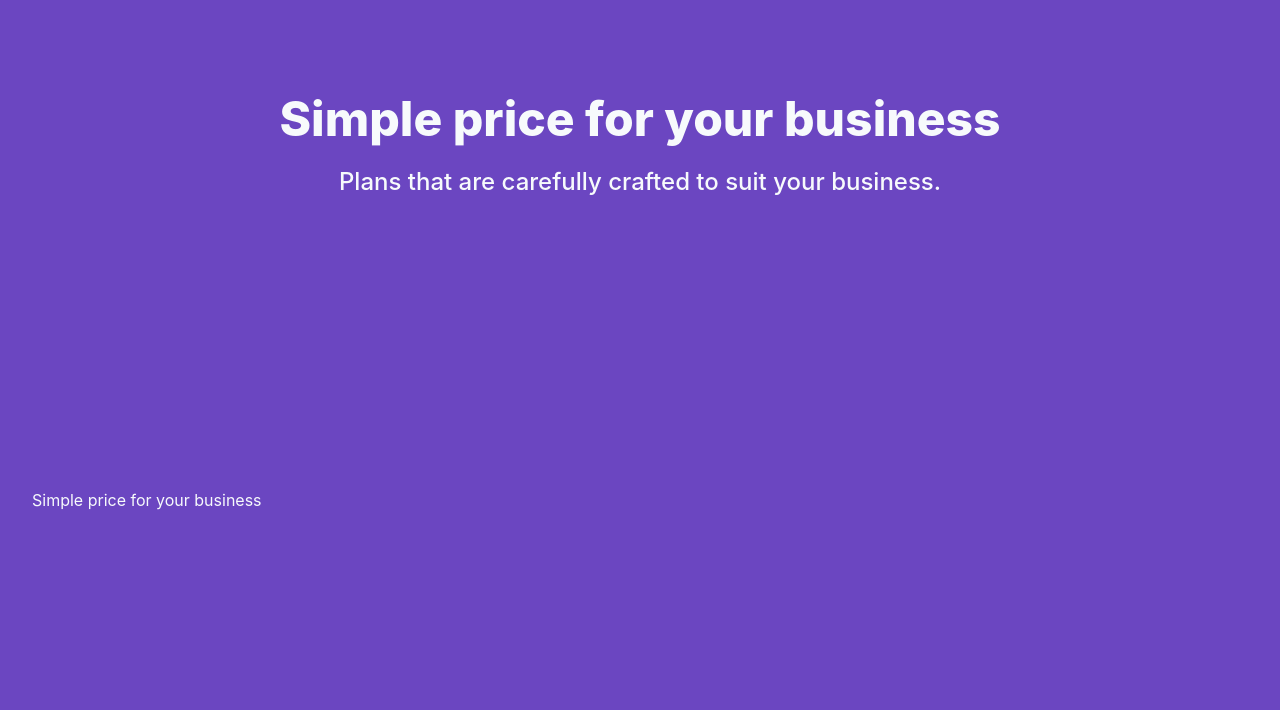
Repository: noutijo/learn-in-depth-chakra-ui
Page: /
An editor plug-in stored every save of this project. The page is shown before and after the next save, followed by the edit.
The browser window is 1280 px wide. The pictures show the whole page.
The project was rebuilt for these pictures with package versions that can differ from the ones it lists, and the page was loaded fresh each time. Also part of the build but not shown: vite.config.ts.

Above is the page before, as saved 2023-01-30 15:26:38.

### src/main.tsx
import React from 'react'
import ReactDOM from 'react-dom/client'
import App from './App'
import { ChakraProvider } from "@chakra-ui/react"

ReactDOM.createRoot(document.getElementById('root') as HTMLElement).render(
  <ChakraProvider>
  <React.StrictMode>
    <App />
  </React.StrictMode>
  </ChakraProvider>,
)

### src/App.tsx
//import './App.css'
import "./App.css";
import { Box, Flex, Stack, VStack, HStack } from "@chakra-ui/react";
import { Header  } from "./components/Header";
import { Pricing } from "./components/Pricing";

export default function App() {
  return (
    <div className="App">
      <Box>
        <Header />
        <Pricing />
      </Box>
    </div>
  );
}

### src/App.css
#root {
  max-width: 1280px;
  margin: 0 auto;
  text-align: center;
}

.logo {
  height: 6em;
  padding: 1.5em;
  will-change: filter;
}
.logo:hover {
  filter: drop-shadow(0 0 2em #646cffaa);
}
.logo.react:hover {
  filter: drop-shadow(0 0 2em #61dafbaa);
}

@keyframes logo-spin {
  from {
    transform: rotate(0deg);
  }
  to {
    transform: rotate(360deg);
  }
}

@media (prefers-reduced-motion: no-preference) {
  a:nth-of-type(2) .logo {
    animation: logo-spin infinite 20s linear;
  }
}

.card {
  padding: 2em;
}

.read-the-docs {
  color: #888;
}

### src/components/Header.tsx
//import './App.css'
import { Box, Heading, Text, Flex } from "@chakra-ui/react";

export function Header() {
  return (
    <Box as="section" color="#F7FAFC" bg="#6b46c1" pt="90px" pb="198px" px="32px">
      <Heading fontWeight={800} fontSize={"48px"}>
        Simple price for your business
      </Heading>
      <Text fontWeight={500} fontSize={"24px"} mt="16px">
        Plans that are carefully crafted to suit your business.
      </Text>
    </Box>
  );
}

### src/components/Pricing.tsx
//import './App.css'
import { Box, Heading, Text, Flex } from "@chakra-ui/react";

export function Pricing() {
  return (
    <Box
      as="section"
      color="#F7FAFC"
      bg="#6b46c1"
      pt="90px"
      pb="198px"
      px="32px">
      <Flex>
        <Box>Simple price for your business</Box>
        <Box></Box>
      </Flex>
    </Box>
  );
}

Loaded but not shown: index.html (common file)

After the next save:
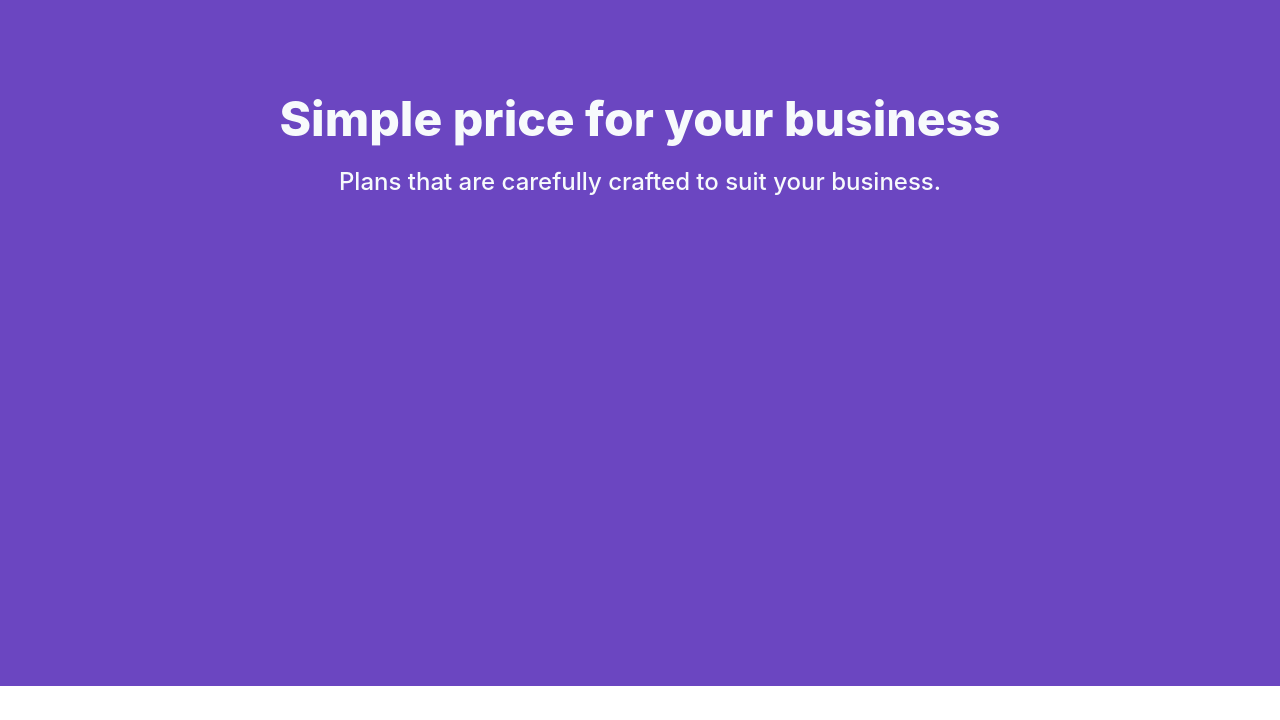
Saved 10 s later.
--- a/src/components/Pricing.tsx
+++ b/src/components/Pricing.tsx
@@ -11,7 +11,7 @@ export function Pricing() {
       pb="198px"
       px="32px">
       <Flex>
-        <Box>Simple price for your business</Box>
+        <Box></Box>
         <Box></Box>
       </Flex>
     </Box>
